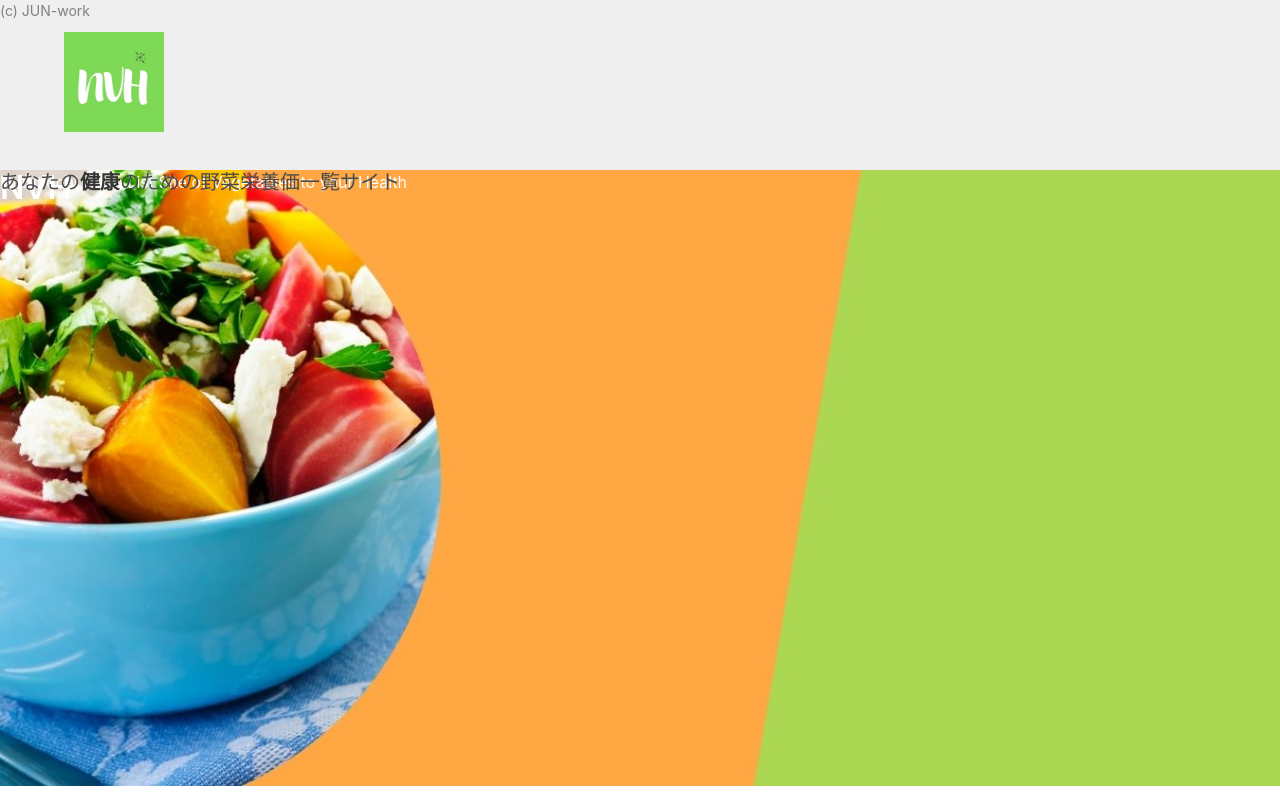
Repository: JUN-work/NVH
Page: http://localhost/www/html/index.php
These files come from the project's save history. The page is drawn as it stood at one moment and after the next save; the edit follows.
The browser window is 1280 px wide. The pictures show the whole page.
Some web libraries are served in a nearby version. The page is run by PHP 8.4 with error messages shown; the project is at /var/www/html/.

Above is the page before, as saved 2020-12-31 12:00:48.

After the next save:
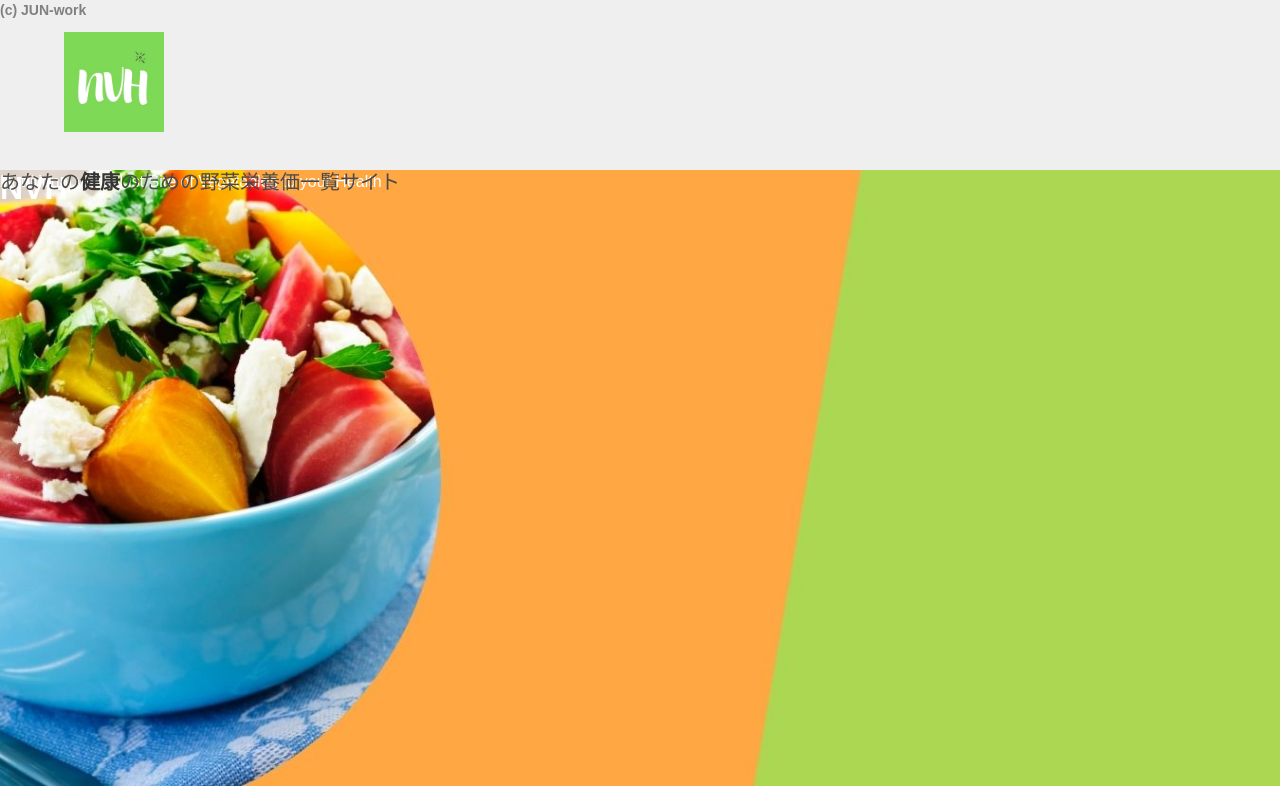
Saved 107 s later.
--- a/www/html/css/common.css
+++ b/www/html/css/common.css
@@ -27,6 +27,9 @@
 .main-title h1, h2, p {
     position: absolute;/*絶対配置*/
     color: white;/*文字は白に*/
+    font-weight: bold; /*太字に*/
+    font-size: 2em;/*サイズ2倍*/
+    font-family :Quicksand, sans-serif;/*Google Font*/
     top: 0;
     left: 0;
 }
